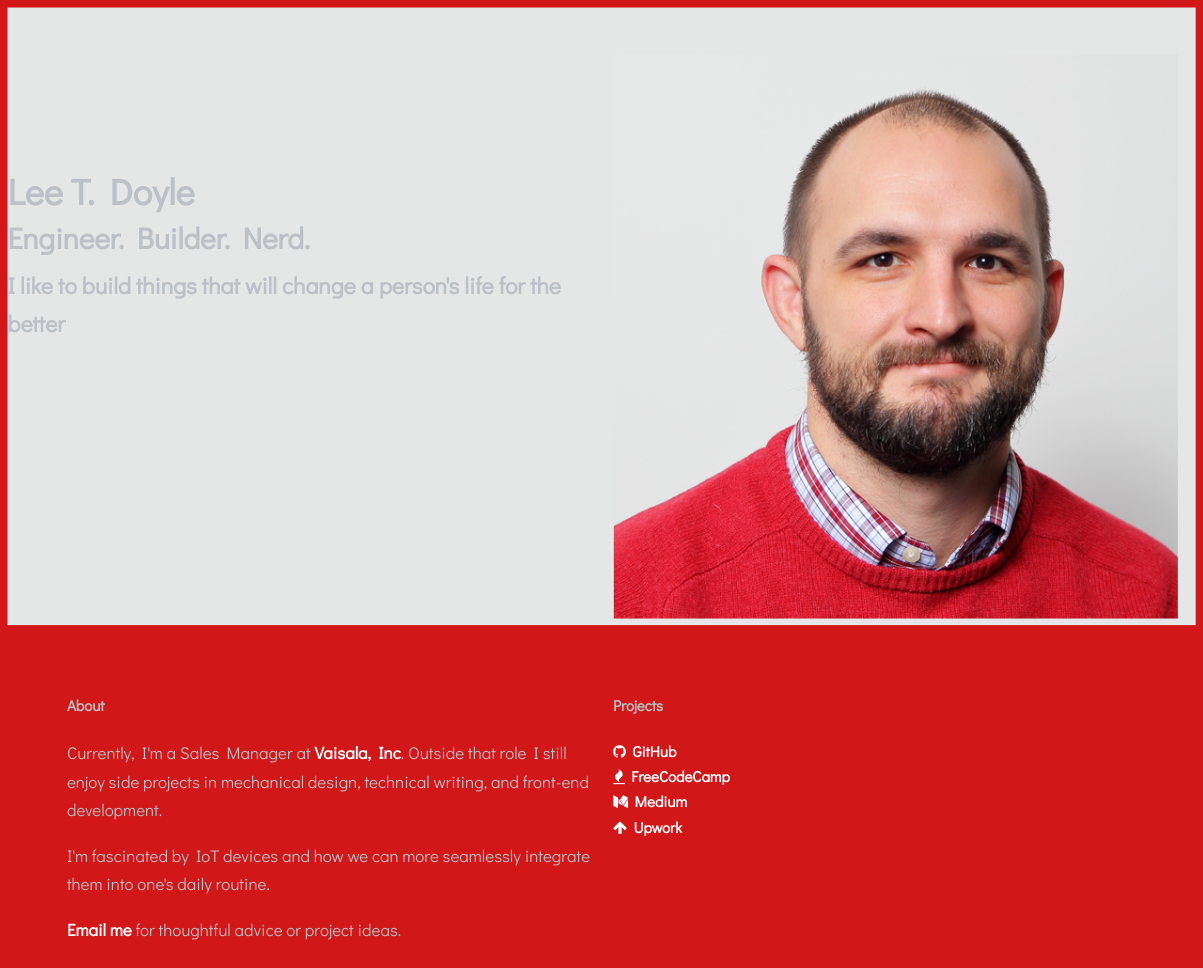
Repository: ldoyle0/ldoyle0.github.io
Page: index.html
The author's editor kept a record of every edit. The page is drawn from the files as they stood at one moment, then again after the next edit.
The browser window is 1280 px wide. The pictures show the whole page, at 94% of full size.
Some web libraries are served in a nearby version.

Above is the page before.

### index.html
<!DOCTYPE html>
<html lang="en">

<head>

<!-- Styles -->
<link href="https://fonts.googleapis.com/css?family=Didact+Gothic" rel="stylesheet">
<link href="https://maxcdn.bootstrapcdn.com/font-awesome/4.4.0/css/font-awesome.min.css" rel="stylesheet">
<link href="./css/style.css" rel="stylesheet">

</head>

<body>
    <div class="title">
    <div class="container">
        <div class="row-fluid">
            <div class="span6 left">
                <h1>Lee T. Doyle</h1>
                <h2>Engineer. Builder. Nerd.</h2>
                <h3>I like to build things that will change a person's life for the better</h3>
            </div>
            <div class="span6 right">
                <img src="./img/LED.jpg">
            </div>
        </div>
    </div>
    </div>

<footer>
    <div class="container about offset">
        <div class="row-fluid">
            <div class="span6">
                <h4>About</h4>
                <p>
                    Currently, I'm a Sales Manager at <a href="http://www.vaisala.com/en/Pages/default.aspx">Vaisala, Inc</a>.
                    Outside that role I still enjoy side projects in mechanical design, technical writing, and
                    front-end development.
                </p>
                <p>
                    I'm fascinated by IoT devices and how we can more seamlessly integrate them into one's daily routine.
                </p>
                <p>
                    <a href="mailto:ldoyle0@gmail.com">Email me</a> for thoughtful advice or project ideas.
                </p>
            </div>
            <div class="span6">
                <h4>Projects</h4>
                <ul>
                    <li><a href="https://github.com/ldoyle0"><i class="fa fa-github"></i>GitHub</a></li>
                    <li><a href="https://www.freecodecamp.org/ldoyle0"><i class="fa fa-fire"></i>FreeCodeCamp</a></li>
                    <li><a href="https://medium.com/@leetdoyle"><i class="fa fa-medium"></i>Medium</a></li>
                    <li><a href="https://www.upwork.com/o/profiles/users/_~01666dd24ce2e08ba3/"><i class="fa fa-arrow-up"></i>Upwork</a></li>
                </ul>
            </div>
        </div>
    </div>
</footer>

</body>

</html>

### css/style.css
@import "bootstrap-responsive.css"

/*
color scheme
#d11717 - red
#17d1d1 - blue-green
#74d117 - green
*/

/* General */

html {
  height: 100%;
}

body {
  color: #bbc1c7;
  background-color: #d11717;
  font-family: 'Didact Gothic', Arial, sans-serif;
  font-weight: 400;
  line-height: 1.7;
}

div {
  display: block;
}

h1,
h2,
h3
{
  margin: 10px 0;
  font-family: inherit;
  font-weight: bold;
  color: inherit;
  text-rendering: optimizelegibility;
}

h1,
h2,
h3 {
  line-height: 40px;
}

h1 {
  font-size: 38.5px;
}

h2 {
  font-size: 31.5px;
}

h3 {
  font-size: 24.5px;
}

div i {
    margin-right: 7px;
}

p {
  font-size: 18px;
}

.title {
    background-color: #e5e6e6;
}

@media only screen and (min-width: 1200px) {
  .title {
    min-height: 492px;
  }
}
.title .left {
  padding-top: 165px;
  padding-bottom: 125px;
}
@media only screen and (max-width: 767px) {
  .title .left {
    padding-top: 30px;
    padding-bottom: 0;
  }
}
@media only screen and (min-width: 768px) and (max-width: 991px) {
  .title .left {
    padding-top: 80px;
    padding-bottom: 0;
  }
}
.title .right {
  padding-top: 50px;
}
@media only screen and (max-width: 767px) {
  .title h2 {
    font-size: 16px;
  }
}
.title h2 em {
  padding-left: 5px;
  padding-right: 5px;
}
@media only screen and (max-width: 767px) {
  .title h2 em {
    padding-left: 0;
    padding-right: 0;
    font-size: 16px;
  }
}

img {
  max-width: 100%;
}

.img-circle {
  -webkit-border-radius: 500px;
     -moz-border-radius: 500px;
          border-radius: 500px;
}

.row-fluid {
  width: 100%;
  *zoom: 1;
}

.row-fluid:before,
.row-fluid:after {
  display: table;
  line-height: 0;
  content: "";
}

.row-fluid:after {
  clear: both;
}

.row-fluid [class*="span"] {
  display: block;
  float: left;
  width: 100%;
  min-height: 30px;
  margin-left: 2.127659574468085%;
  *margin-left: 2.074468085106383%;
  -webkit-box-sizing: border-box;
     -moz-box-sizing: border-box;
          box-sizing: border-box;
}

.row-fluid [class*="span"]:first-child {
  margin-left: 0;
}

.row-fluid .span8 {
  width: 65.95744680851064%;
  *width: 65.90425531914893%;
}

.row-fluid .span6 {
  width: 48.93617021276595%;
  *width: 48.88297872340425%;
}

.row-fluid .span4 {
  width: 31.914893617021278%;
  *width: 31.861702127659576%;
}

.row-fluid .span3 {
  width: 23.404255319148934%;
  *width: 23.351063829787233%;
}

.offset {
  padding-left: 5%;
  padding-right: 5%;
}

footer ul,
footer ul li {
  list-style-type: none;
  margin: 0;
  padding: 0;
}

a,
a:visited {
  text-decoration: none;
  font-weight: 600;
  color: white;
}
a:hover,
a:focus,
a:active {
  color: white;
  border-bottom: 1px solid white;
  padding-bottom: 5px;
}

footer {
  padding-top: 50px;
  padding-bottom: 0;
  margin-bottom: 0;
}

After the next edit:
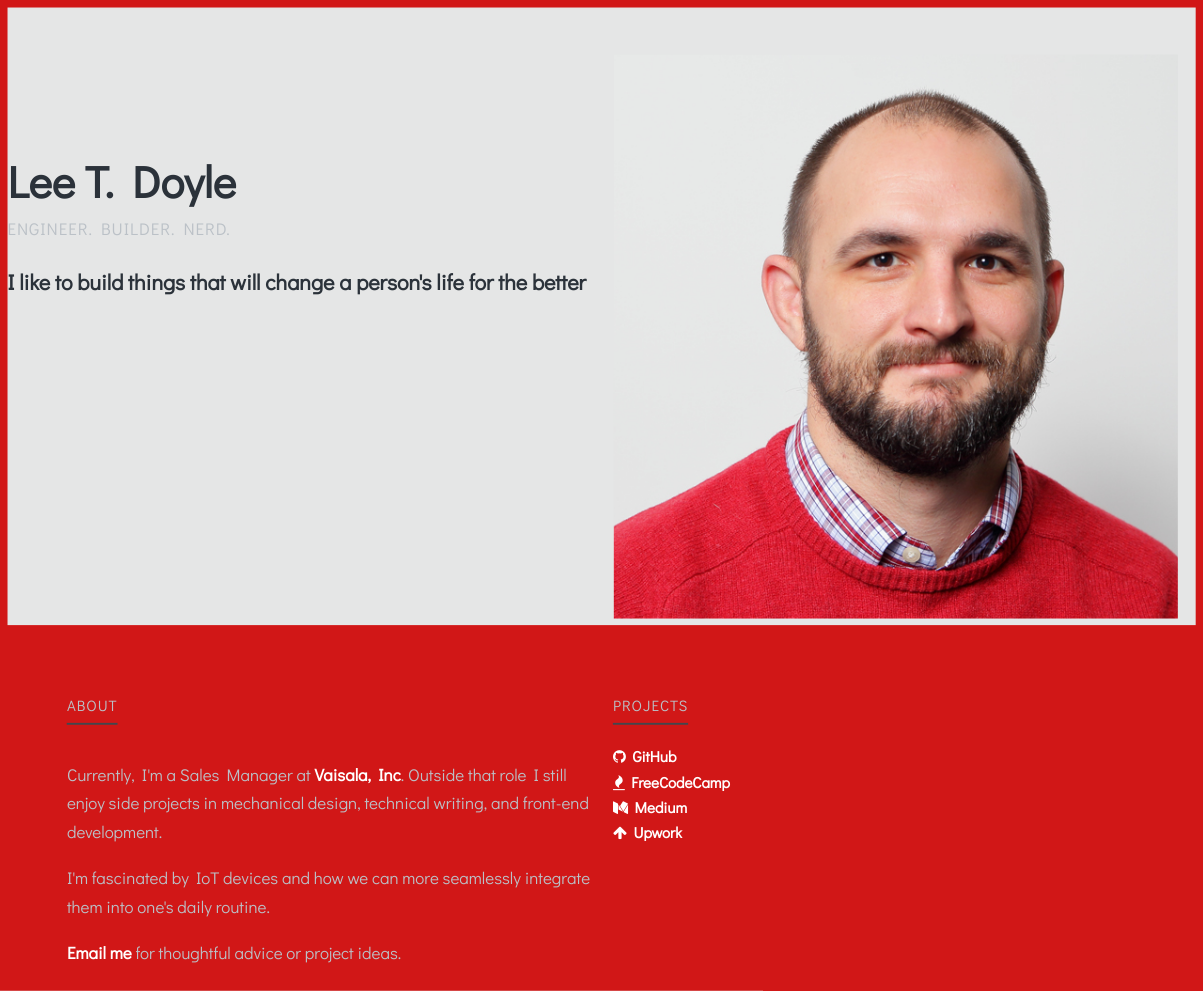
The edit:
--- a/css/style.css
+++ b/css/style.css
@@ -43,15 +43,33 @@
 }
 
 h1 {
-  font-size: 38.5px;
-}
-
+  font-size: 47px;
+  font-weight: 700;
+  color: #2b323a;
+  margin: 0 0 10px 0;
+}
 h2 {
-  font-size: 31.5px;
-}
-
+  font-size: 18px;
+  text-transform: uppercase;
+  font-weight: 400;
+  letter-spacing: 1px;
+  margin: 0;
+}
 h3 {
-  font-size: 24.5px;
+  font-size: 23px;
+  color: #2b323a;
+  line-height: 1.5;
+  margin: 20px 0 0 0;
+}
+h4 {
+  display: inline-block;
+  text-transform: uppercase;
+  font-size: 16px;
+  font-weight: 400;
+  letter-spacing: 1px;
+  border-bottom: 2px solid #41474e;
+  padding-bottom: 5px;
+  margin-bottom: 20px;
 }
 
 div i {
